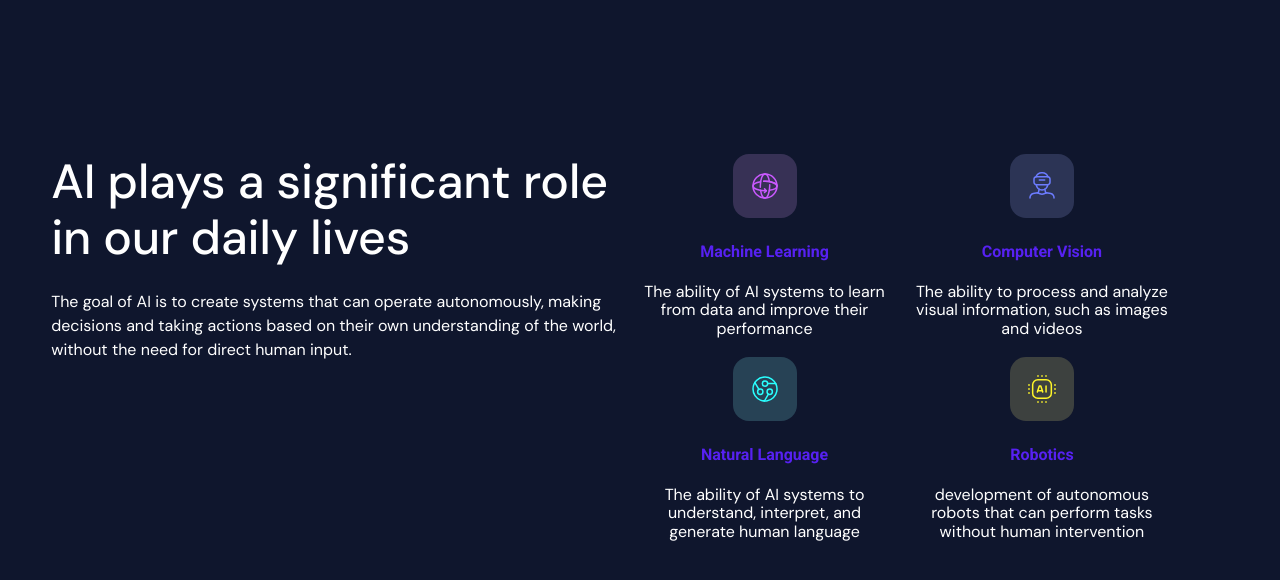
Repository: alphatra/INVO-Academy
Page: / (app in [lvl 1] Sekcja 4 obszarów AI/Starter-code/)
An editor plug-in stored every save of this project. The page is shown before and after the next save, followed by the edit.
The browser window is 1280 px wide. The pictures show the whole page.
The project was rebuilt for these pictures with package versions that can differ from the ones it lists, and the page was loaded fresh each time.

Above is the page before, as saved 2023-03-09 21:11:08.
Console error: TypeError: Cannot read properties of null (reading 'addEventListener')

### [lvl 1] Sekcja 4 obszarów AI/Starter-code/index.html
<!DOCTYPE html>
<html lang="en">

<head>
  <meta charset="UTF-8" />
  <link rel="icon" type="image/svg+xml" href="/vite.svg" />
  <meta name="viewport" content="width=device-width, initial-scale=1.0" />
  <title>INVO Academy JS Starter with Vite</title>
</head>

<!-- In order to start your challenge, remove all the content inside <div id="home-page"></div> and start coding :) -->

<body>
  <section class="hero">
    <div class="hero__header">
      <div class="hero__title"><span>AI plays a significant role in our daily lives</span></div>
      <div class="hero__description">
        <span>
          The goal of AI is to create systems that can operate
          autonomously, making decisions and taking actions based on
          their own understanding of the world, without the need for direct human input.
        </span>
      </div>
    </div>

    <div class="hero__categories">
      <div class="hero__category">
        <div class="hero__image">
          <img src="/public/images/ML.svg" alt="Machine Learning">
        </div>
        <h4>Machine Learning</h4>
        <span>The ability of AI systems to learn from data and improve their performance</span>
      </div>
      <div class="hero__category">
        <div class="hero__image">
          <img src="/public/images/CV.svg" alt="Computer Vision">
        </div>
        <h4>Computer Vision</h4>
        <span>The ability to process and analyze visual information, such as images and videos</span>
      </div>
      <div class="hero__category">
        <div class="hero__image">
          <img src="/public/images/NL.svg" alt="Natural Language">
        </div>
        <h4>Natural Language</h4>
        <span> The ability of AI systems to understand, interpret, and generate human language</span>
      </div>
      <div class="hero__category">
        <div class="hero__image">
          <img src="/public/images/AI.svg" alt="Robotics">
        </div>
        <h4>Robotics</h4>
        <span>development of autonomous robots that can perform tasks without human intervention</span>
      </div>
    </div>
  </section>


  <script type="module" src="/src/global-scripts/main.js"></script>
  <script type="module" src="/src/pages/home-page/scripts/home-page.js"></script>
</body>

</html>

### [lvl 1] Sekcja 4 obszarów AI/Starter-code/src/pages/home-page/scripts/home-page.js
/// Homepage JavaScript File
/// Here we import all the JavaScript files we need for our homepage.

import '../styles/home-page.scss'

import { setupCounter } from '../../../global-scripts/scripts/counter/counter.js'

setupCounter(document.querySelector('#counter'))

### [lvl 1] Sekcja 4 obszarów AI/Starter-code/src/global-styles/style.scss
/// Main Styles File
/// Here we import all the global Styles files we need for our project.

@import "styles/normalize.scss";
@import "styles/root.scss";
@import "styles/fonts.scss";

body {
  font-family: 'Roboto', sans-serif;
  color: var(--color-primary);
}

p {
  color: var(--color-on-surface);
}

### [lvl 1] Sekcja 4 obszarów AI/Starter-code/src/pages/home-page/styles/home-page.scss
    /// Homepage Styles File
    /// Here we import all the Styles files we need for our Homepage.

    body {
        background-color: #0F162D;
    }

    h1,
    p,
    span {
        font-family: 'DM Sans', sans-serif;
        color: white;
    }

    .hero {
        margin-top: 12%;
        padding: 0 4%;
        display: flex;
        align-items: flex-start;

        &__header {
            margin-right: auto;
            }

        &__title{
            margin-block-start: 0;
            font-size: 48px;
            line-height: 56px;
            font-weight: 500;
            letter-spacing: -0.002em;
            margin-bottom: 24px
        }
        &__description{
            font-size: 16px;
            line-height: 24px;
            font-weight: 400;
        }
        &__categories {
            display: grid;
            margin-right: 5%;
            grid-template-columns: repeat(2, minmax(45%, 1fr));
            column-gap: 4%;
            row-gap: 5%;
            text-align: center;

        &__categories {
                background: #272D42;
                border-radius: 24px;
                color: white;
                padding-top: 24px;
                padding-bottom: 24px;
                padding-left: 16px;
                padding-right: 16px;
                transition: box-shadow 0.2s ease-in-out;

                * {}

                h4 {
                    font-size: 20px;
                    line-height: 0px;
                    font-weight: 500;
                }

                span {
                    font-size: 16px;
                    line-height: 24px;
                    font-weight: 400;
                    opacity: 0.5;
                }
            }

            &__category:hover {
                box-shadow: 0 0 10px #fff, 0 0 20px #fff, 0 0 40px #0F162D, 0 0 60px #0F162D;
            }
        }

        @media screen and (max-width: 834px) {
            main {
                display: grid;
                gap: 5%;
                margin-top: 30%;
                padding: 0 20%;
            }

            .header {
                margin-right: 0;

                &__text {
                    margin-right: 0;
                    padding: 0;
                }
            }

            .categories {
                margin-right: auto;

            }
        }

        @media screen and (max-width: 375px) {
            main {
                margin-top: 14%;
                gap: 2%;
                display: grid;
                flex-direction: column;
                padding: 0 5%;
            }

            .header {
                &__text {
                    h1 {
                        font-size: 32px;
                        line-height: 40px;
                    }

                    span {
                        font-size: 16px;
                        line-height: 24px;
                    }
                }
            }

            .categories {
                grid-template-columns: repeat(1, 100%);
                row-gap: 3%;
            }

        }
    }

### [lvl 1] Sekcja 4 obszarów AI/Starter-code/src/global-scripts/scripts/counter/counter.js
/// Sample js file for demo purposes
/// Remember to always export your functions
/// so that they can be used in other files

export function setupCounter(element) {
  let counter = 0
  const setCounter = (count) => {
    counter = count
    element.innerHTML = `script test - count is ${counter}`
  }
  element.addEventListener('click', () => setCounter(counter + 1))
  setCounter(0)
}

### [lvl 1] Sekcja 4 obszarów AI/Starter-code/src/global-styles/styles/root.scss
/// Root Styles file
/// Here we define all the root variables we need for our project.
/// For examples see Material Design color system: https://m2.material.io/design/color/the-color-system.html

:root {
    --color-primary: #5721f2;
    --color-on-surface: #000;
}

### [lvl 1] Sekcja 4 obszarów AI/Starter-code/src/global-styles/styles/fonts.scss
/// Main Fonts File
/// Here we import all the fonts files we need for our project.

@import url('https://fonts.googleapis.com/css2?family=Roboto:ital,wght@0,100;0,300;0,400;0,500;0,700;0,900;1,100;1,300;1,400;1,500;1,700;1,900&display=swap');
@import url('https://fonts.googleapis.com/css2?family=DM+Sans:wght@400;500&display=swap');

Loaded but not shown: [lvl 1] Sekcja 4 obszarów AI/Starter-code/src/global-scripts/main.js (common file); [lvl 1] Sekcja 4 obszarów AI/Starter-code/src/global-styles/styles/normalize.scss (common file)

After the next save:
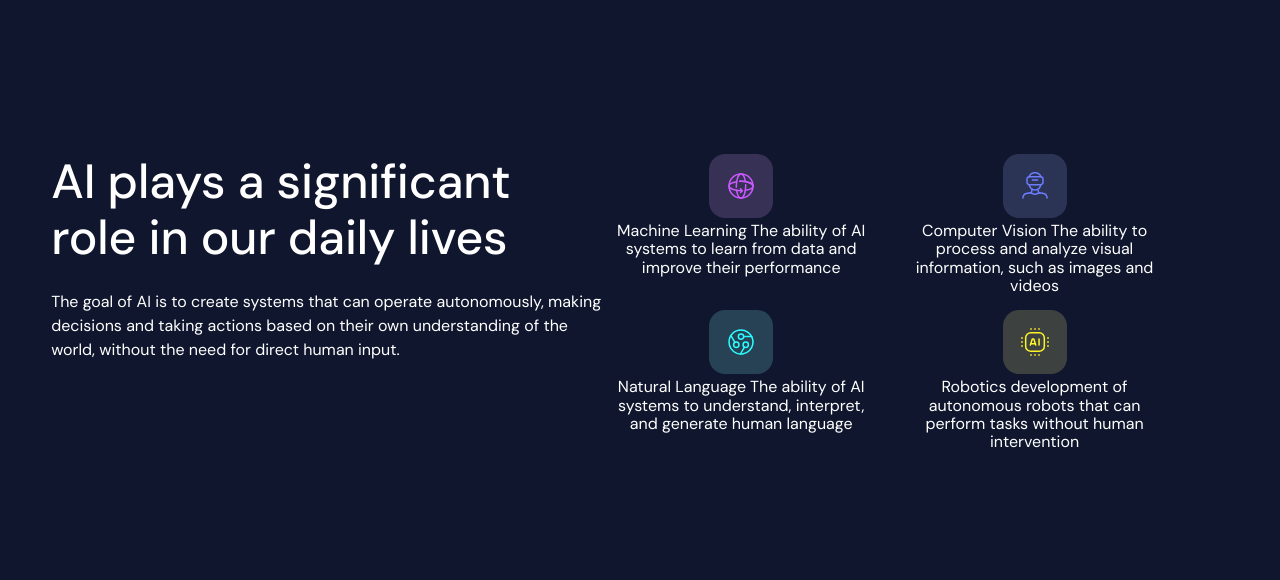
Saved 67 s later.
--- a/[lvl 1] Sekcja 4 obszarów AI/Starter-code/index.html
+++ b/[lvl 1] Sekcja 4 obszarów AI/Starter-code/index.html
@@ -28,28 +28,28 @@
         <div class="hero__image">
           <img src="/public/images/ML.svg" alt="Machine Learning">
         </div>
-        <h4>Machine Learning</h4>
+        <span>Machine Learning</span>
         <span>The ability of AI systems to learn from data and improve their performance</span>
       </div>
       <div class="hero__category">
         <div class="hero__image">
           <img src="/public/images/CV.svg" alt="Computer Vision">
         </div>
-        <h4>Computer Vision</h4>
+        <span>Computer Vision</span>
         <span>The ability to process and analyze visual information, such as images and videos</span>
       </div>
       <div class="hero__category">
         <div class="hero__image">
           <img src="/public/images/NL.svg" alt="Natural Language">
         </div>
-        <h4>Natural Language</h4>
+        <span>Natural Language</span>
         <span> The ability of AI systems to understand, interpret, and generate human language</span>
       </div>
       <div class="hero__category">
         <div class="hero__image">
           <img src="/public/images/AI.svg" alt="Robotics">
         </div>
-        <h4>Robotics</h4>
+        <span>Robotics</span>
         <span>development of autonomous robots that can perform tasks without human intervention</span>
       </div>
     </div>
